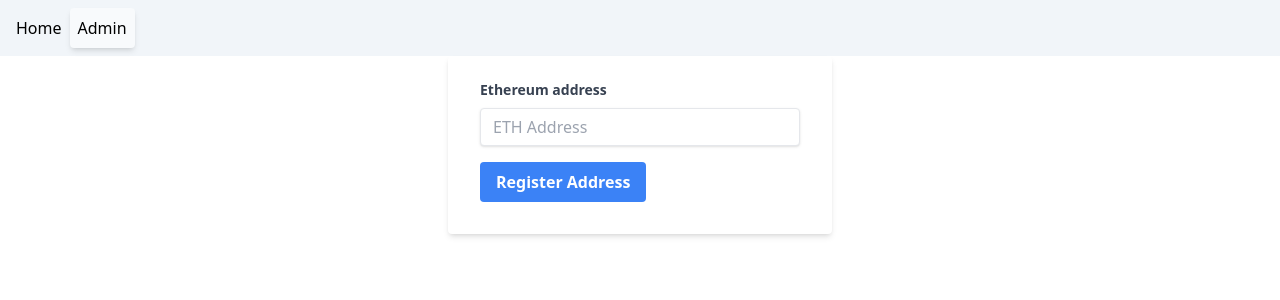
Repository: mavidev93/votting-app
Page: /admin
These files come from the project's save history. The page is drawn as it stood at one moment and after the next save; the edit follows.
The browser window is 1280 px wide. The pictures show the whole page.
The project was rebuilt for these pictures with package versions that can differ from the ones it lists, and the page was loaded fresh each time. Also part of the build but not shown: src/Components/ProposalsBoard/ProposalsBoard.tsx, src/Components/SendProposal/SendProposal.tsx, src/pages/Home/Home.tsx.

Above is the page before, as saved 2022-02-26 18:20:11.

After the next save:
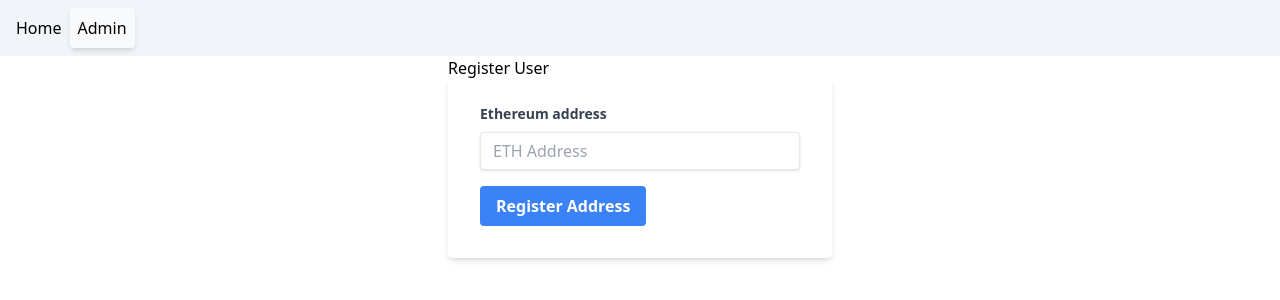
Saved 22 s later.
--- a/src/Components/RegisterUser/RegisterUser.tsx
+++ b/src/Components/RegisterUser/RegisterUser.tsx
@@ -42,8 +42,6 @@ function RegisterUser() {
     }
   };
 
-
-
   const handleAddress = (event) => {
     setAddressVal(event.target.value);
   };
@@ -51,7 +49,7 @@ function RegisterUser() {
   return (
     <div>
       <div className="w-64 md:w-64 lg:w-96 mx-auto">
-
+        <h2>Register User</h2>
         <form
           onSubmit={handleRegister}
           className="bg-white shadow-md rounded px-8 pt-6 pb-8 mb-4"
@@ -80,7 +78,6 @@ function RegisterUser() {
             >
               Register Address
             </button>
-
           </div>
         </form>
       </div>
